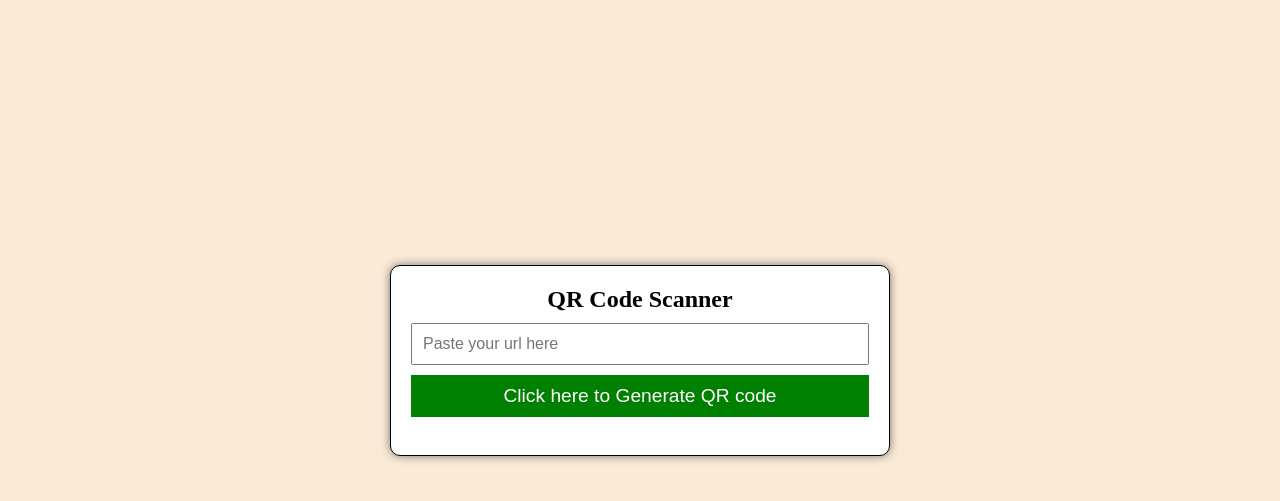
Repository: JunaidAnsari202/QR-Scanner
Page: index.html
These files come from the project's save history. The page is drawn as it stood at one moment and after a run of saves; the edit follows.
The browser window is 1280 px wide. The pictures show the whole page.

Above is the page before, as saved 2024-10-12 20:55:35.

### index.html
<!DOCTYPE html>
<html lang="en">
<head>
    <meta charset="UTF-8">
    <meta name="viewport" content="width=device-width, initial-scale=1.0">
    <title>Document</title><link rel="stylesheet" href="style.css">
</head>
<body>
    <div class="qr-container">
        <h2>QR Code Scanner</h2>
        <input type="text" id="qr-input" placeholder="Paste your url here">
        <button id="qr-button">Click here to Generate QR code</button>
        <img src="" alt="" id="qr-img">
        <!-- <a id="download-link" download="qr-code.png" style="display: none;">Download QR Code</a> -->
        <button id="download-button" style="display: none;">Download QR Code</button> <!-- Download button -->
    </div>
</body>
<script src="script.js"></script>
</html>

### style.css
*{
    padding: 0;
    margin: 0;
    box-sizing: border-box;
}

body{
    background-color: antiquewhite;
    display: flex;
    justify-content: center;
    align-items: center;
    height: 100vh;
}

.qr-container{
    border: 1px solid black;
    border-radius: 10px;
    padding: 20px;
    width: 500px;
    box-shadow: 0 0 10px 0 rgba(0,0,0,0.5 );
    background-color: white;
}

h2{
    text-align: center;
    margin-bottom: 10px;
}

#qr-input{
    display: block;
    margin-bottom: 10px;
    width: 100%;
    font-size: 16px;
    padding: 10px;
}

#qr-button{
    width: 100%;
    padding: 10px;
    font-size: 1.2rem;
    border: none;
    background-color:green;
    color: white;
}

#qr-img{
    di
}

### script.js
let qrInput = document.getElementById('qr-input');
let qrImg = document.getElementById('qr-img');
let qrButton = document.getElementById('qr-button');


console.log(qrInput, qrImg, qrButton);


qrButton.addEventListener('click',()=>{
    let inputValue = qrInput.value;


if(!inputValue){
    alert('Please enter a valid Url');
    return;
}else{
    qrImg.src=`https://api.qrserver.com/v1/create-qr-code/?size=150x150&data=${inputValue}`;
    qrImg.alt = `QR code for ${inputValue}`;

}

});

After the next 2 saves:
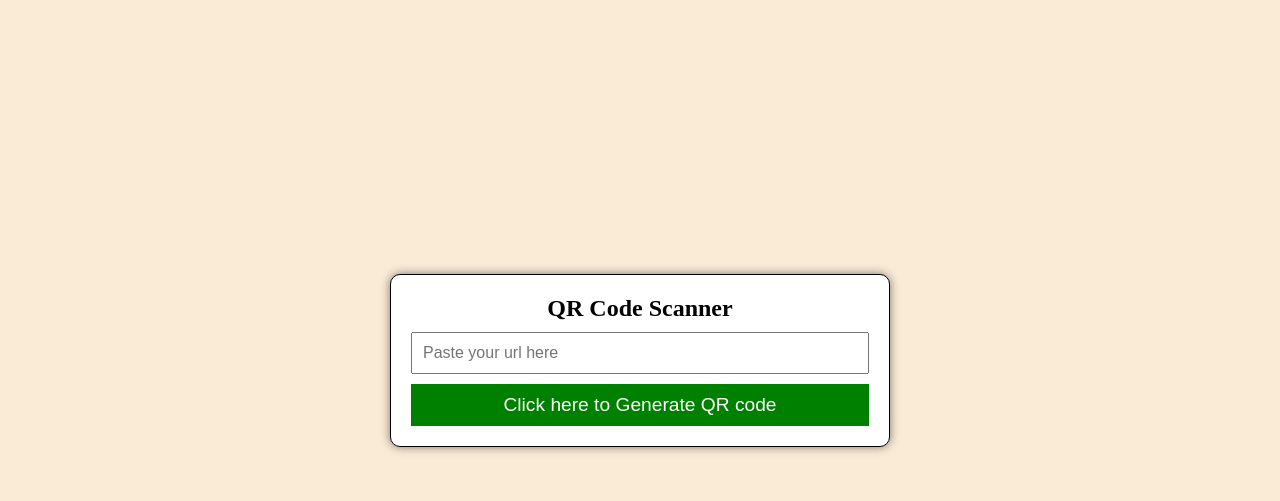
The 2 saves are shown as one change because they came seconds apart.
The last was saved 14 s later.
--- a/style.css
+++ b/style.css
@@ -44,5 +44,7 @@ h2{
 }
 
 #qr-img{
-    di
+    display: flex;
+    justify-content: center;
+    align-items: center;
 }
